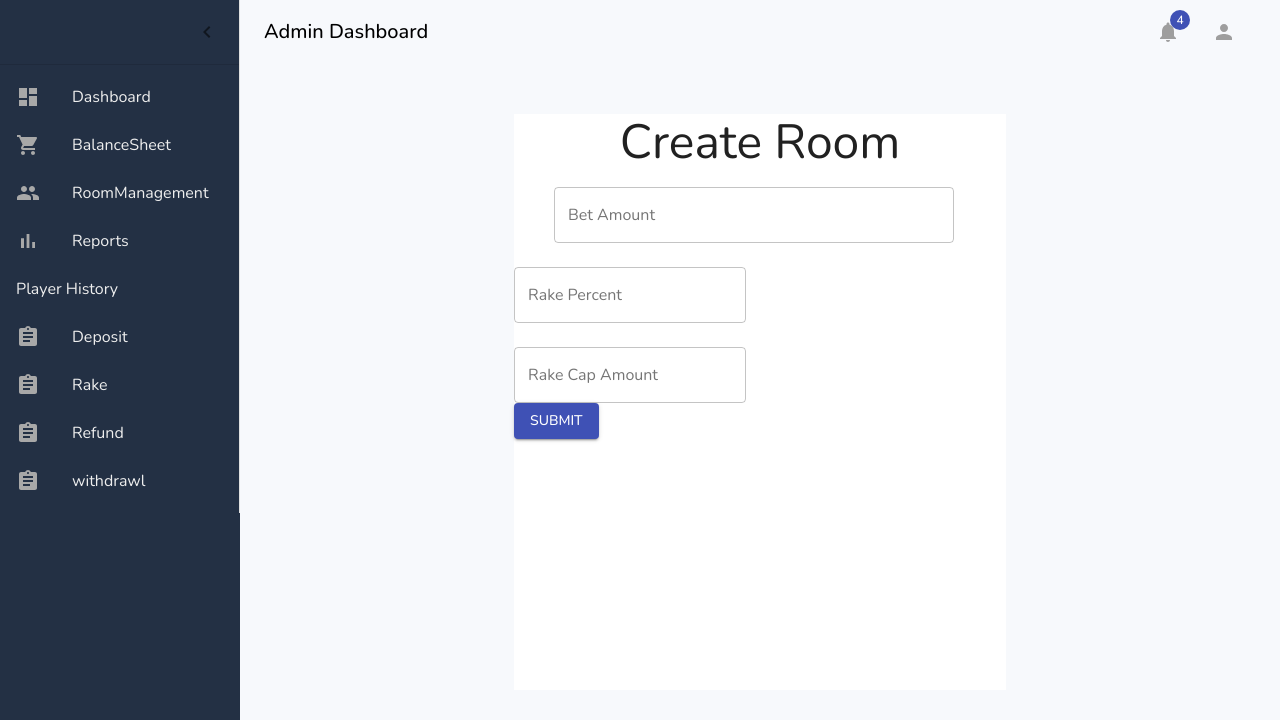
Repository: imayankbisht/ludofrontend
Page: /create
The author's editor kept a copy of each file at every save. The page is drawn from the files as they stood at one save, then again after the next save.
The browser window is 1280 px wide. The pictures show the whole page.
The project was rebuilt for these pictures with package versions that can differ from the ones it lists, and the page was loaded fresh each time. Also part of the build but not shown: src/Components/Title.js, src/Components/Cards/Deposits.js, src/Components/Cards/Cashout.js, src/Components/Cards/Netbalance.js, src/Components/Cards/Rake.js, src/Components/Cards/Refund.js, src/Components/UserControl.js, src/Components/UserTable.js and 5 more.

Above is the page before, as saved 2021-01-20 13:09:10.

After the next save:
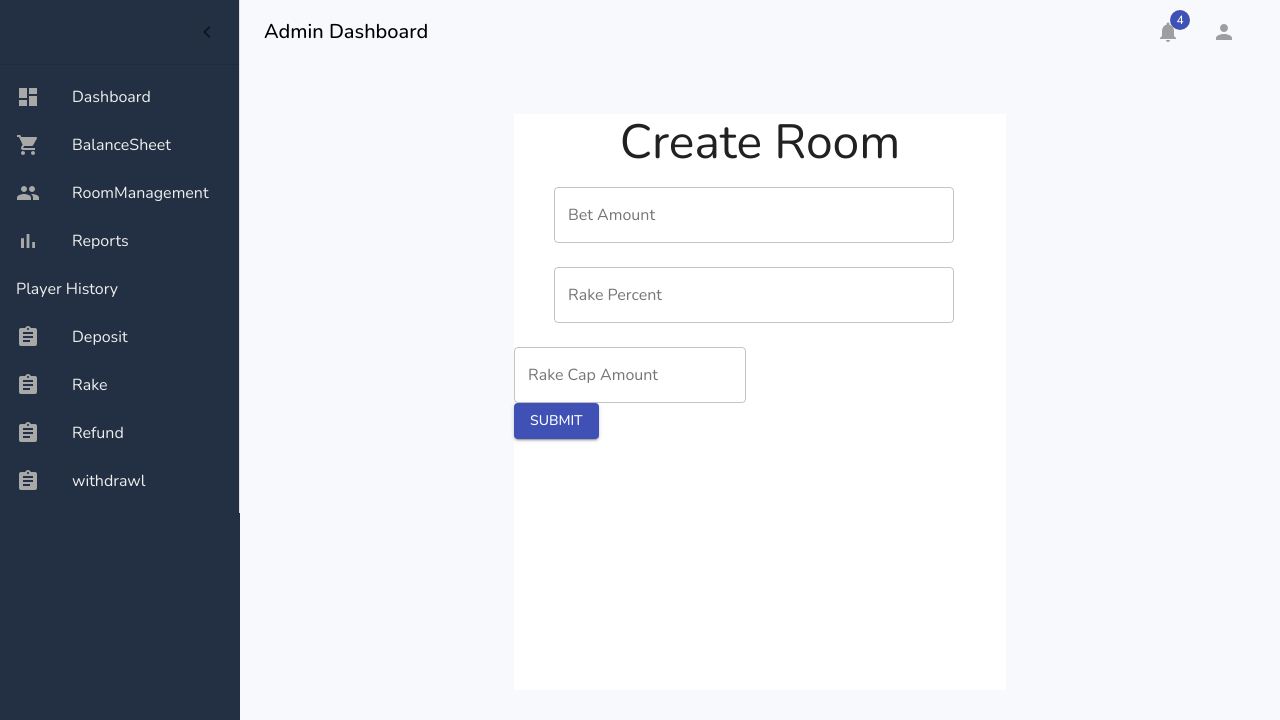
Saved 23 s later.
--- a/src/Components/UserForm.js
+++ b/src/Components/UserForm.js
@@ -84,6 +84,8 @@ export default function UserForm(props){
                         label="Rake Percent"
                         name="rakePercent"
                         variant="outlined"
+                        style={{width:'400px',marginLeft:'40px'}}
+
                         value={rakePercent}
                         onChange={(e)=>{setRakepercent(e.target.value)}}
                       />
